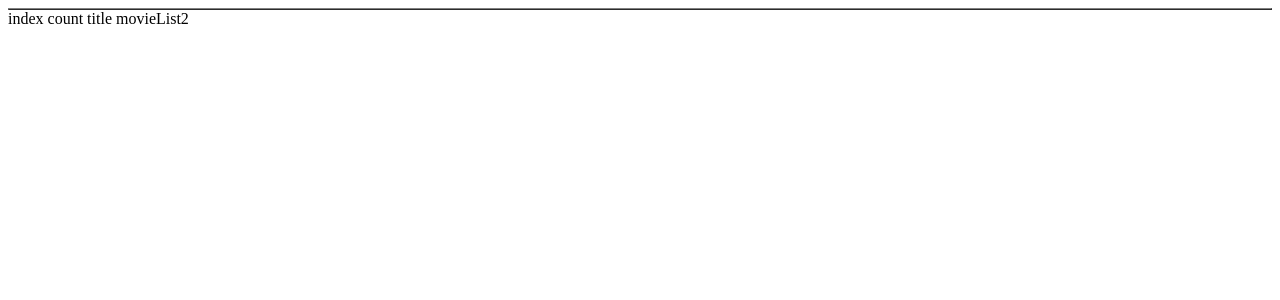
Repository: o3orr/jsp_study
Page: http://localhost/web-study-07/16_moveList.jsp
The author's editor kept a copy of each file at every save. The page is drawn from the files as they stood at one save, then again after the next save.
The browser window is 1280 px wide. The pictures show the whole page.
The page is served by Tomcat 9.

Above is the page before, as saved 2024-03-05 01:49:37.

After the next save:
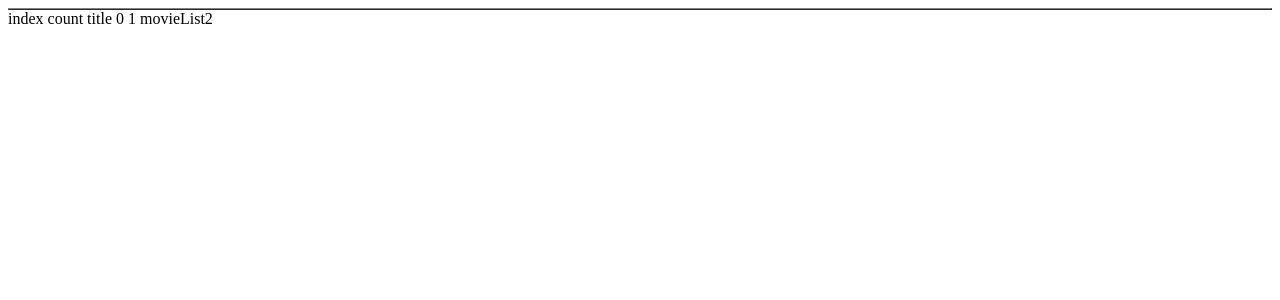
Saved 16 s later.
--- a/web-study-07/src/main/webapp/16_moveList.jsp
+++ b/web-study-07/src/main/webapp/16_moveList.jsp
@@ -22,7 +22,7 @@
 		<th>title</th>
 	</tr>
 
-	<c:forEach items="movieList2" var="movie">
+	<c:forEach items="movieList2" var="movie" varStatus="status">
 	<tr>
 		<th>${status.index}</th> <!-- status는 자동생성 -->
 		<th>${status.count}</th>
